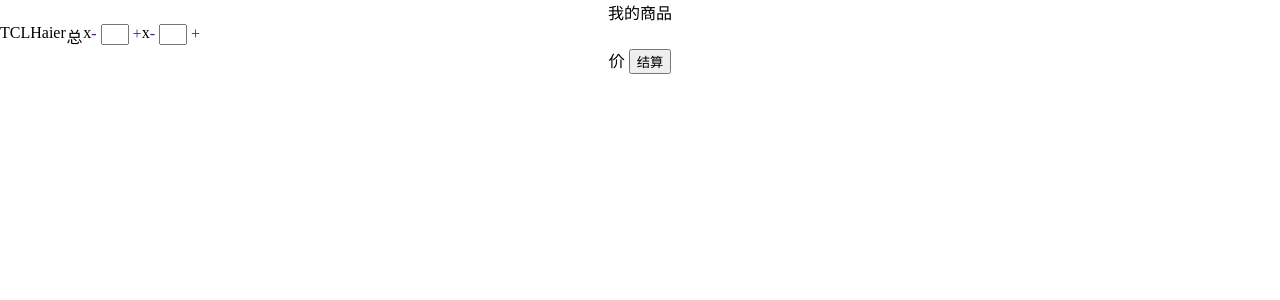
Repository: R1Deemo/Vue
Page: 10购物车.html
The author's editor kept a copy of each file at every save. The page is drawn from the files as they stood at one save, then again after the next save.
The browser window is 1280 px wide. The pictures show the whole page.

Above is the page before, as saved 2022-11-14 15:15:51.

### 10购物车.html
<!DOCTYPE html>
<html lang="en">

<head>
    <meta charset="UTF-8">
    <meta http-equiv="X-UA-Compatible" content="IE=edge">
    <meta name="viewport" content="width=device-width, initial-scale=1.0">
    <title>Document</title>
    <link rel="stylesheet" href="/css/购物车.css">
</head>

<body>
    <div id="app">
        <div class="container">
            <my-cart></my-cart>
        </div>
    </div>
    <script src="https://cdn.jsdelivr.net/npm/vue/dist/vue.js"></script>
    <script>
        var CartTitle = {
            template: `<div class="title">我的商品</div>`
        }
        var CartList = {
            template: `
            <div id='main'>
                <div class='item'>
                    <div class="name">TCL</div>
                    <div class="change">
                        <a href="">-</a>
                        <input type='text' class='num'/>
                        <a href="">+</a>
                    </div>
                    <div class='del'>x</div>
                </div>
                <div class='item'>
                    <div class="name">Haier</div>
                    <div class="change">
                        <a href="">-</a>
                        <input type='text' class='num'/>
                        <a href="">+</a>
                    </div>
                    <div class='del'>x</div>
                </div>
            </div>`

        }
        var CartTotal = {
            template: ` <div class="total">
                    <span>总价</span>
                    <button>结算</button>
                </div>`
        }
        Vue.component('my-cart', {
            template: `
            <div  class="cart">
                <cart-title></cart-title>
                <cart-list></cart-list>
                <cart-total></cart-total></div>
            `,
            components: {
                'cart-title': CartTitle,
                'cart-list': CartList,
                'cart-total': CartTotal,

            }
        })
        var vm = new Vue({
            el: '#app',
            data: {

            }
        })
    </script>
</body>

</html>

### css/购物车.css
body,
html {
    margin: 0;
    padding: 0;
}

.item {
    width: 200px;
}

.container {
    margin: 0 auto;
    text-align: center;
}

.change {
    float: right;
}

.del {
    float: right;
}

a {
    text-decoration: none;
}

.num {
    width: 20px;
}

.name {
    float: left;
}

.main {
    width: 100px;
}

After the next save:
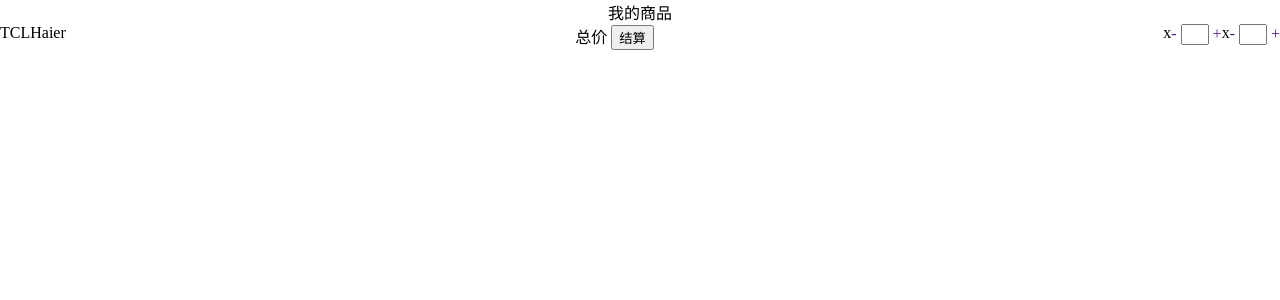
Saved 26 s later.
--- a/css/购物车.css
+++ b/css/购物车.css
@@ -4,9 +4,10 @@
     padding: 0;
 }
 
-.item {
+
+/* .item {
     width: 200px;
-}
+} */
 
 .container {
     margin: 0 auto;
